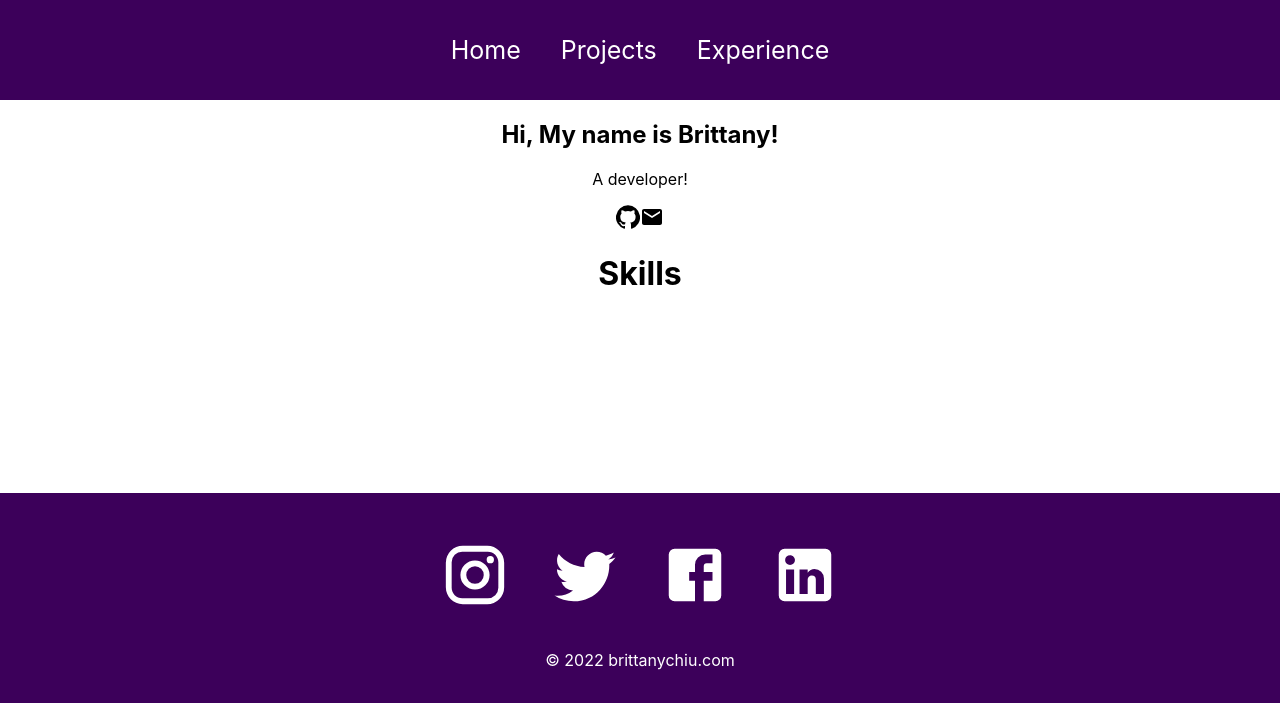
Repository: chiubacca94/chiufolio
Page: /
An editor plug-in stored every save of this project. The page is shown before and after the next save, followed by the edit.
The browser window is 1280 px wide. The pictures show the whole page.
The project was rebuilt for these pictures with package versions that can differ from the ones it lists, and the page was loaded fresh each time. Also part of the build but not shown: src/components/Projects/Projects.js, src/components/Experiences/Experiences.js.

Above is the page before, as saved 2022-07-03 23:06:55.

### src/App.js
import './App.css';
import { BrowserRouter as Router, Routes, Route } from 'react-router-dom';
import Navbar from './components/NavBar/Navbar';
import Home from './components/Home/Home';
import Projects from './components/Projects/Projects';
import Experiences from './components/Experiences/Experiences';
import Footer from './components/Footer/Footer';

function App() {
  return (
    <div className="App">
      <Router>
        <Navbar />
        <Routes>
          <Route path="/" element={ <Home /> }></Route>
          <Route path="/projects" element={ <Projects /> }></Route>
          <Route path="/" element={ <Experiences /> }></Route>
        </Routes>
        <Footer />
      </Router>
    </div>
  );
}

export default App;

### src/App.css
.App {
  text-align: center;
}

body {
  margin: 0px;
  padding: 0px;
}

### src/components/NavBar/Navbar.js
import React, {useEffect, useState} from "react";
import { Link, useLocation } from "react-router-dom";
import ReorderIcon from '@material-ui/icons/Reorder';
import "./Navbar.css"

function Navbar() {
    // NavBr States
    const [ expandNavbar, setExpandNavbar ] = useState(false)
    const location = useLocation();

    // use when location changes and set navbar to false
    useEffect(() => {
        setExpandNavbar(false);
    }, [location])

    return (
        // id will change based on state
        <div className="navbar" id={expandNavbar ? "open" : "close"}>
            <div className="toggleButton">
                <button onClick={() => { setExpandNavbar((prev) => !prev) }}>
                    <ReorderIcon></ReorderIcon>
                </button>
            </div>
            <div className="links">
                <Link to="/"> Home </Link>
                <Link to="/projects"> Projects </Link>
                <Link to="/experience"> Experience </Link>
            </div>
        </div>
    )
}

export default Navbar;

### src/components/Home/Home.js
import React from 'react'
import GitHubIcon from '@material-ui/icons/GitHub'
import EmailIcon from '@material-ui/icons/Email'

export default function Home() {
  return (
    <div className='home'>
        <div className='about'>
            <h2>Hi, My name is Brittany!</h2>
            <div className='prompt'><p> A developer!</p></div>
            <GitHubIcon />
            <EmailIcon />
        </div>
        <div className='skills'>
            <h1>Skills</h1>
        </div>
    </div>
  )
}

### src/components/Footer/Footer.js
import React from 'react';
import InstagramIcon  from '@material-ui/icons/Instagram';
import TwitterIcon from '@material-ui/icons/Twitter';
import FacebookIcon from '@material-ui/icons/Facebook';
import LinkedInIcon from '@material-ui/icons/LinkedIn';
import './Footer.css'

export default function Footer() {
  return (
    <div className='footer'>
        <div className='socialMedia'>
            <InstagramIcon />
            <TwitterIcon />
            <FacebookIcon />
            <LinkedInIcon />
        </div>
        <p>&copy; 2022 brittanychiu.com</p>
    </div>
  )
}

### src/components/NavBar/Navbar.css
.navbar {
    width: 100%;
    height: 100px;
    background: #3c005a;
  }

  .links {
    width: 100%;
    height: 100%;
    display: flex;
    align-items: center;
    justify-content: center;
    color: white;
  }

  .navbar a {
    color: white;
    text-decoration: none;
    margin: 20px;
    font-size: 25px;
  }

  .toggleButton {
    width: 100%;
    height: 100px;
    display: flex;
    align-items: center;
    justify-content: flex-end;
  }

  .toggleButton svg {
    font-size: 50px;
  }
  .toggleButton button {
    margin-right: 20px;
    background-color: transparent;
    border: none;
    color: white;
    cursor: pointer;
  }

  #open {
    height: 100vh;
  }

  #open .links {
    flex-direction: column;
    justify-content: flex-start;
    margin-top: 100px;
  }

  #open a {
    width: 100%;
    text-align: center;
  }

  @media only screen and (max-width: 900px) {
    .navbar a {
      width: 70px;
    }
  }

  @media only screen and (max-width: 600px) {
    .toggleButton {
      display: flex;
    }
    #close a {
      display: none;
    }
  }

  @media only screen and (min-width: 600px) {
    .toggleButton {
      display: none;
    }

    .hiddenLinks {
      display: none;
    }

    #open {
      height: 100px;
    }

    #open .links {
      flex-direction: row;
    }
  }

### src/components/Footer/Footer.css
.footer {
    width: 100%;
    height: 200px;
    background: #3c005a;
    display: flex;
    justify-content: center;
    align-items: center;
    flex-direction: column;
    padding-top: 10px;
    margin-top: 200px;
  }

  .socialMedia svg {
    color: white;
    margin: 20px;
    font-size: 70px;
    cursor: pointer;
  }

  .footer p {
    color: white;
  }

  @media only screen and (max-width: 600px) {
    .footer svg {
      font-size: 50px;
    }
  }

Loaded but not shown: public/index.html (common file); src/index.js (common file); src/index.css (common file); src/reportWebVitals.js (common file)

After the next save:
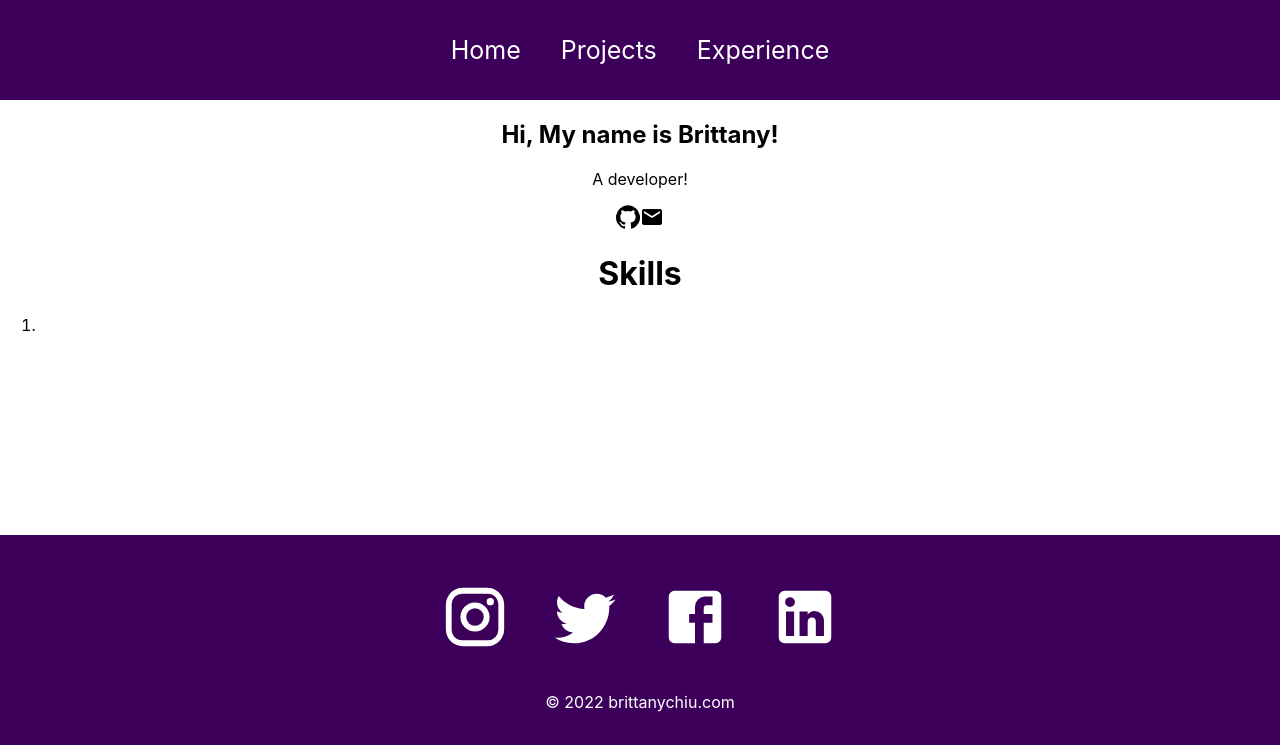
Saved 27 s later.
--- a/src/components/Home/Home.js
+++ b/src/components/Home/Home.js
@@ -13,6 +13,9 @@ export default function Home() {
         </div>
         <div className='skills'>
             <h1>Skills</h1>
+            <ol className='list'>
+                <li className='item'></li>
+            </ol>
         </div>
     </div>
   )
